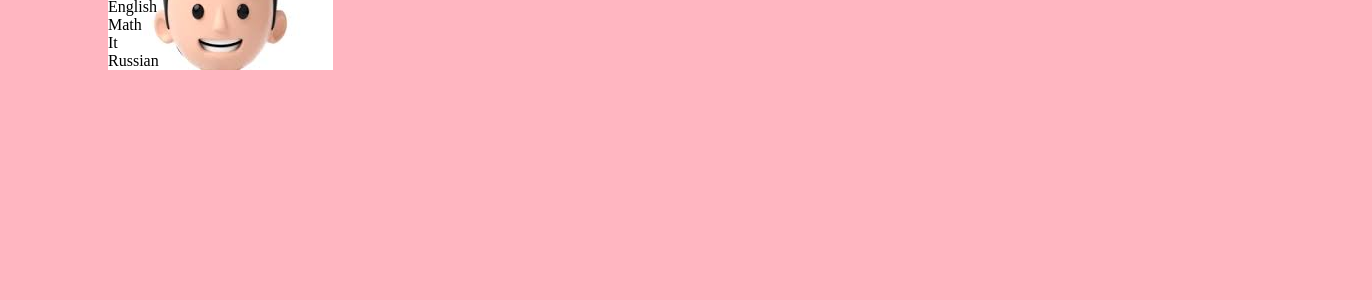
Repository: KHANas02/live-stream
Page: contact.html
These files come from the project's save history. The page is drawn as it stood at one moment and after the next save; the edit follows.
The browser window is 1280 px wide. The page is 1372 px wide, so the pictures cover 1372 px, including what lies to the right of the window. The pictures show the whole page.

Above is the page before, as saved 2024-03-25 07:37:36.

### contact.html
<!DOCTYPE html>
<html lang="en">
<head>
    <meta charset="UTF-8">
    <meta name="viewport" content="width=device-width, initial-scale=1.0">
    <title>Contact with us</title>
    <link rel="stylesheet" href="./index.html">
</head>
<style>
    body{
        background-color: lightpink;
    }
    .text{
        background-image:url(data:[embedded picture, 5823 characters]);
       /* border-top-left-radius:20px;
       border-top-right-radius:60px;
       border-bottom-left-radius:80px;
       border-bottom-right-radius:40px;
       background-repeat:no-repeat;
       width: 50px;
       height: 50px; */
       position: relative;
        left: 100px;
        bottom: 100px;
        background-repeat: no-repeat;
    }

    </style>
<body>
    <div class="container">
  <div class="contact-card">
    <div class="avatar"></div>
    <div class="text"></div>
  </div>
  <div class="text">Asadbek <br>
14 years old <br>
Web developer <br>
<a href=" https://t.me/wzb_02">To jump mt Telegram</a> <br>
+998770401507 <br>
English <br>
Math <br>
It <br>
Russian <br>

    </div>


</div>
  <div class="contact-card">
    <div class="avatar"></div>
    <div class="text"></div>
  </div>
  <div id="magnifying-glass">
    <div id="glass"></div>
    <div id="handle">
       </div>
</body>
</html>

### index.html
<!DOCTYPE html>
<html lang="en">
  <head>
    <meta charset="UTF-8" />
    <head name="viewport" content="width=device-width, initial-scale=1.0">
      <title>Englify Live_stream</title>
      <link rel="stylesheet" href="./style.css" />
    </head>
    <style>
      .div1Img {
        font-size: 70px;
        font-family: serif;
        font-weight: 100;
        color: rgb(255, 0, 157);
        position: relative;
        left: 25px;
        top: 70px;
      }
      .div2 {
        font-size: 70px;
        font-family: serif;
        font-weight: 100;
        color: rgb(255, 0, 157);
        position: relative;
        left: 25px;
        top: 70px;
      }
      .div3 {
        font-size: 70px;
        font-family: serif;
        font-weight: 100;
        color: rgb(255, 0, 157);
        position: relative;
        left: 25px;
        top: 450px;
      }
    </style>
    <html>
      <body>
        <div class="div1">
          <div class="div1Img">JOIN TO OUR LIVE STREAM</div>
        </div>
        <div class="div2">
          Todat at 21:00 <br />
          Only with coffee
        </div>
        <div class="div3">
          Our on the telegram
          <br />
          @englify_asp <br />
          And join to us
        </div>
        <div class="hamburger-menu">
          <input id="menu__toggle" type="checkbox" />
          <label class="menu__btn" for="menu__toggle">
            <span></span>
          </label>

          <ul class="menu__box">
            <li><a class="menu__item" href="index.html">Главная</a></li>
            <li>
              <a class="menu__item" href="speaking.html"
                >Speaking полезная функция</a
              >
            </li>
            <li><a class="menu__item" href="group.html">участники прямой трансляции</a></li>
            <li><a class="menu__item" href="#">Блог</a></li>
            <li><a class="menu__item" href="contact.html">Контакты</a></li>
          </ul>
        </div>
      </body>
    </html>
  </head>
</html>

After the next save:
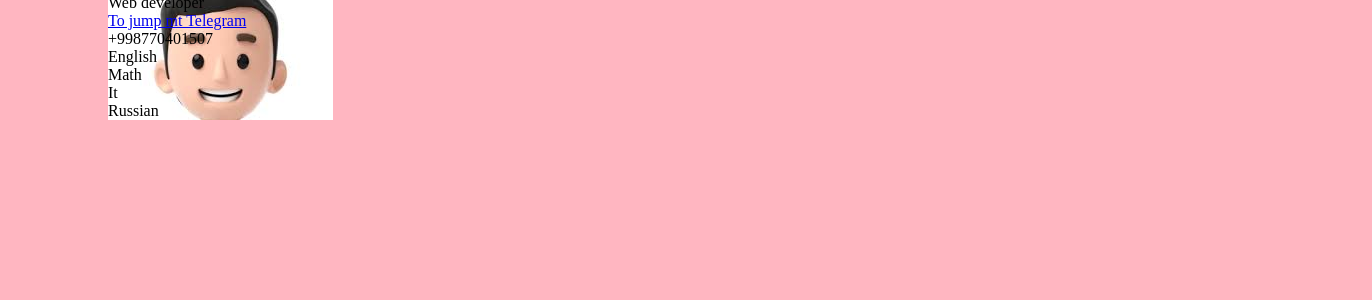
Saved 15 s later.
--- a/contact.html
+++ b/contact.html
@@ -21,7 +21,7 @@
        height: 50px; */
        position: relative;
         left: 100px;
-        bottom: 100px;
+        bottom: 50px;
         background-repeat: no-repeat;
     }
 
